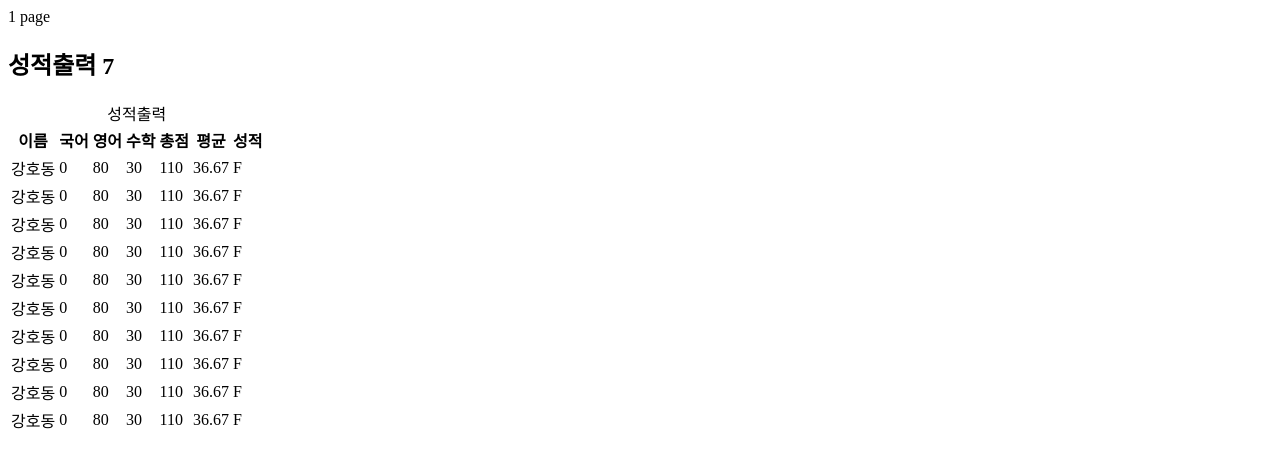
Repository: rnandory/eclipse
Page: http://localhost/WebApp/exam/list.jsp
These files come from the project's save history. The page is drawn as it stood at one moment and after the next save; the edit follows.
The browser window is 1280 px wide. The pictures show the whole page.
The page is served by Tomcat 10.

Above is the page before, as saved 2024-07-03 01:58:40.

After the next save:
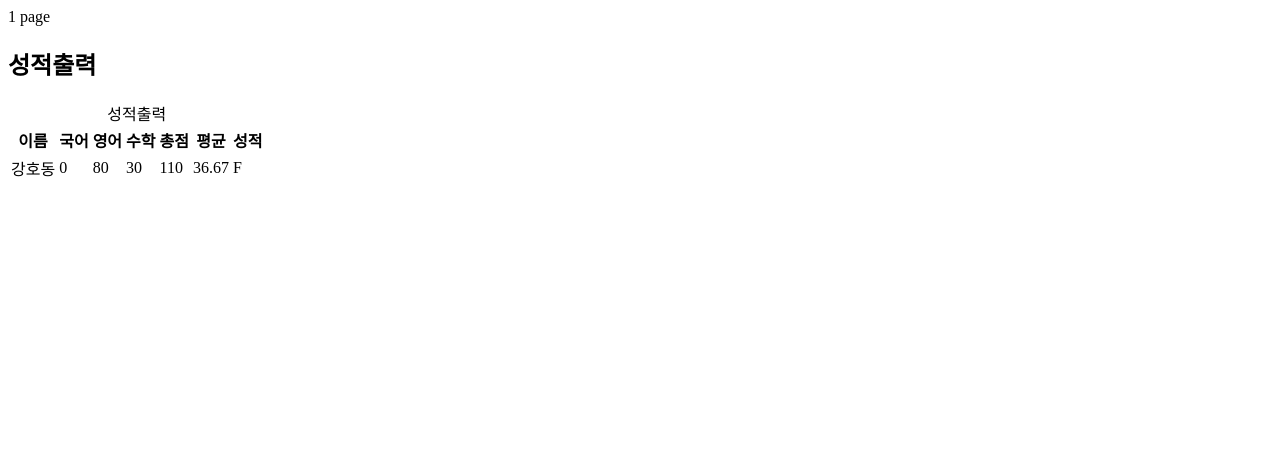
Saved 3 min 15 s later.
--- a/WebApp/src/main/webapp/exam/list.jsp
+++ b/WebApp/src/main/webapp/exam/list.jsp
@@ -1,10 +1,5 @@
 <%@ page language="java" contentType="text/html; charset=UTF-8"
 	pageEncoding="UTF-8"%>
-<%
-int x = 3;
-int y = 4;
-%>
-<%!int z = 5;%>
 
 <!DOCTYPE html>
 <html lang="en">
@@ -17,9 +12,7 @@ int y = 4;
 	<section>
 		<header>
 			<div>1 page</div>
-			<h1>
-				성적출력
-				<%=x + y /* out.print(x+y); */%></h1>
+			<h1>성적출력</h1>
 		</header>
 		<table>
 			<caption>성적출력</caption>
@@ -35,9 +28,6 @@ int y = 4;
 				</tr>
 			</thead>
 			<tbody>
-				<%
-				for (int i = 0; i < 10; i++) {
-				%>
 				<tr>
 					<td>강호동</td>
 					<td>0</td>
@@ -47,9 +37,6 @@ int y = 4;
 					<td>36.67</td>
 					<td>F</td>
 				</tr>
-				<%
-				}
-				%>
 			</tbody>
 		</table>
 	</section>
